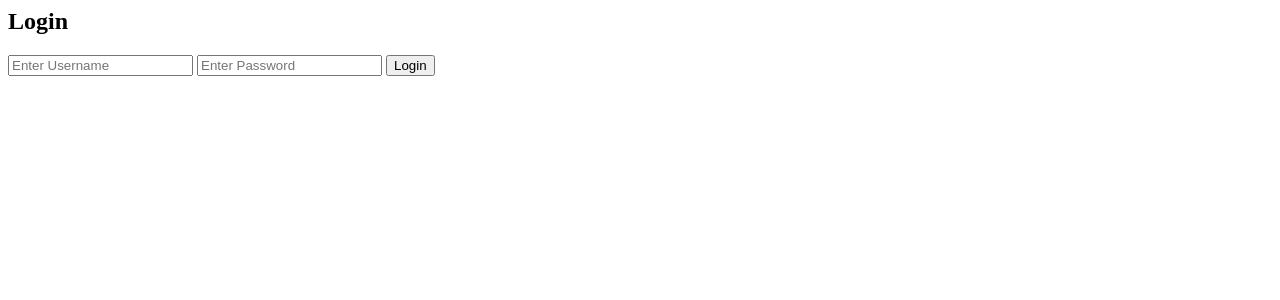
Repository: Hrithik25/Network-Labs
Page: http://localhost/mvcthree/
These files come from the project's save history. The page is drawn as it stood at one moment and after the next save; the edit follows.
The browser window is 1280 px wide. The pictures show the whole page.
The page is served by Tomcat 9. Other server files are loaded and not shown.

Above is the page before, as saved 2022-08-19 09:23:57.

### Lab Web/mvcthree/src/main/webapp/index.jsp
<html>
<body>
<h2>Login</h2>
<form action="home" method="post">
<input type="text" placeholder="Enter Username" name="username">
<input type="text" placeholder="Enter Password" name="password">
<button type="submit">Login</button>
</form>
</body>
</html>

After the next save:
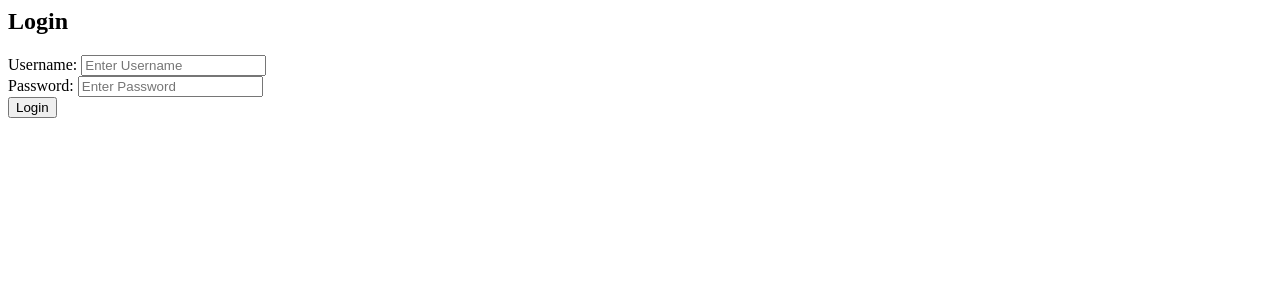
Saved 2 min 21 s later.
--- a/Lab Web/mvcthree/src/main/webapp/index.jsp
+++ b/Lab Web/mvcthree/src/main/webapp/index.jsp
@@ -2,8 +2,8 @@
 <body>
 <h2>Login</h2>
 <form action="home" method="post">
-<input type="text" placeholder="Enter Username" name="username">
-<input type="text" placeholder="Enter Password" name="password">
+Username: <input type="text" placeholder="Enter Username" name="username"><br>
+Password: <input type="text" placeholder="Enter Password" name="password"><br>
 <button type="submit">Login</button>
 </form>
 </body>
